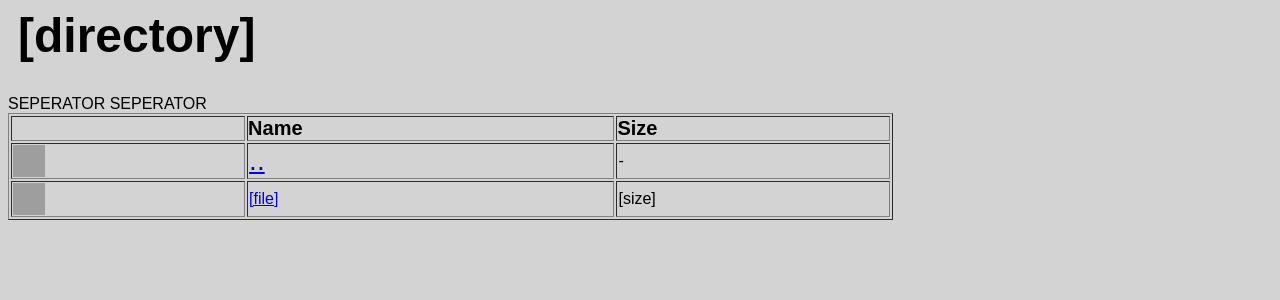
Repository: sharhar/JavaWebserver
Page: Server/res/nav.html
These files come from the project's save history. The page is drawn as it stood at one moment and after the next save; the edit follows.
The browser window is 1280 px wide. The pictures show the whole page.
Pictures or frames that could not be fetched are drawn as grey boxes.

Above is the page before, as saved 2016-05-15 21:12:25.

After the next save:
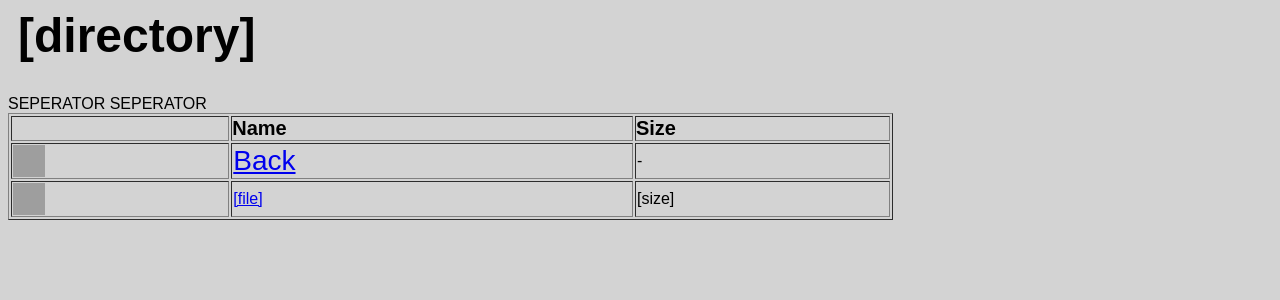
Saved 9 s later.
--- a/Server/res/nav.html
+++ b/Server/res/nav.html
@@ -43,7 +43,7 @@
 
 				<tr>
 					<td><img src="[bimg]" height="32" width = "32"></td>
-					<td><a href="[back]" class="back">..</a></td>
+					<td><a href="[back]" class="back">Back</a></td>
 					<td>-</td>
 				</tr>
 SEPERATOR
